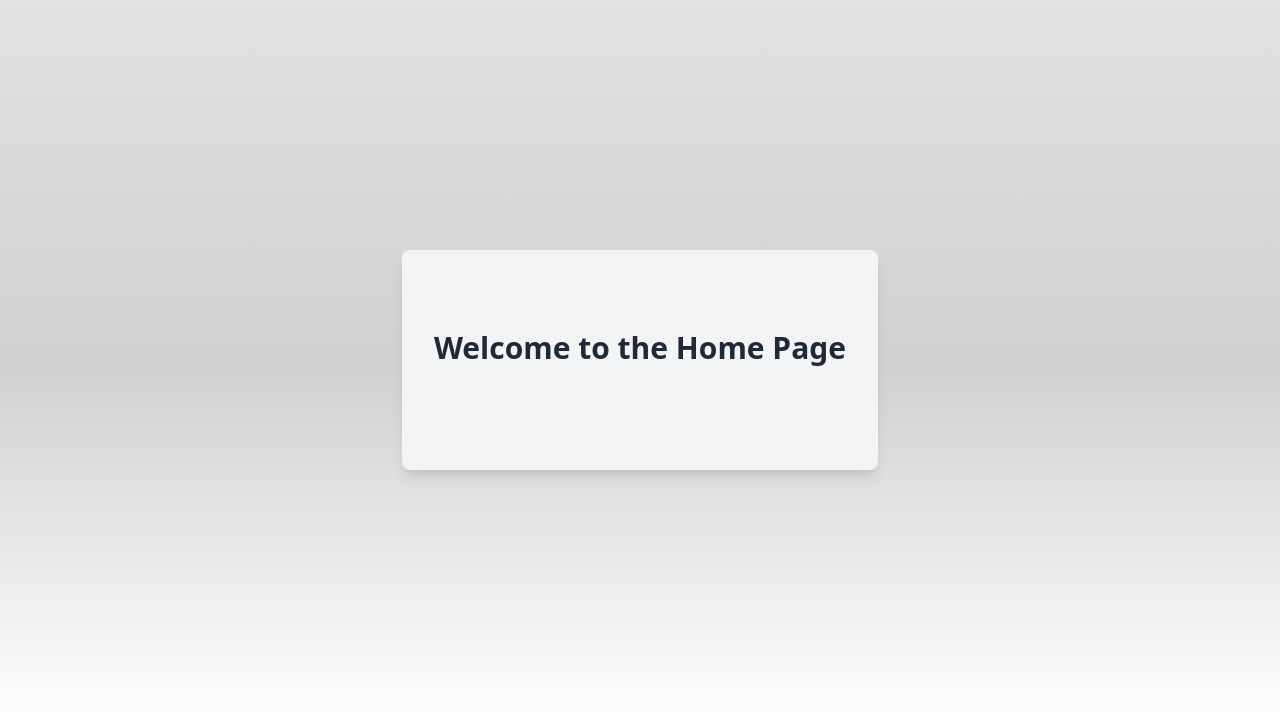
Repository: shaafsalman/product-Management-MERN
Page: /home (app in frontend/)
The author's editor kept a copy of each file at every save. The page is drawn from the files as they stood at one save, then again after the next save.
The browser window is 1280 px wide. The pictures show the whole page.
The page's requests for data from a server got no answer. The project was rebuilt for these pictures with package versions that can differ from the ones it lists, and the page was loaded fresh each time. No one was signed in, and anything a server would have sent is missing. Also part of the build but not shown: frontend/vite.config.js, frontend/src/Cards/mesgCard.jsx, frontend/src/Pages/Login.jsx, frontend/src/Pages/SighnUp.jsx, frontend/src/Pages/NoPage.jsx.

Above is the page before, as saved 2024-05-14 01:07:12.

After the next save:
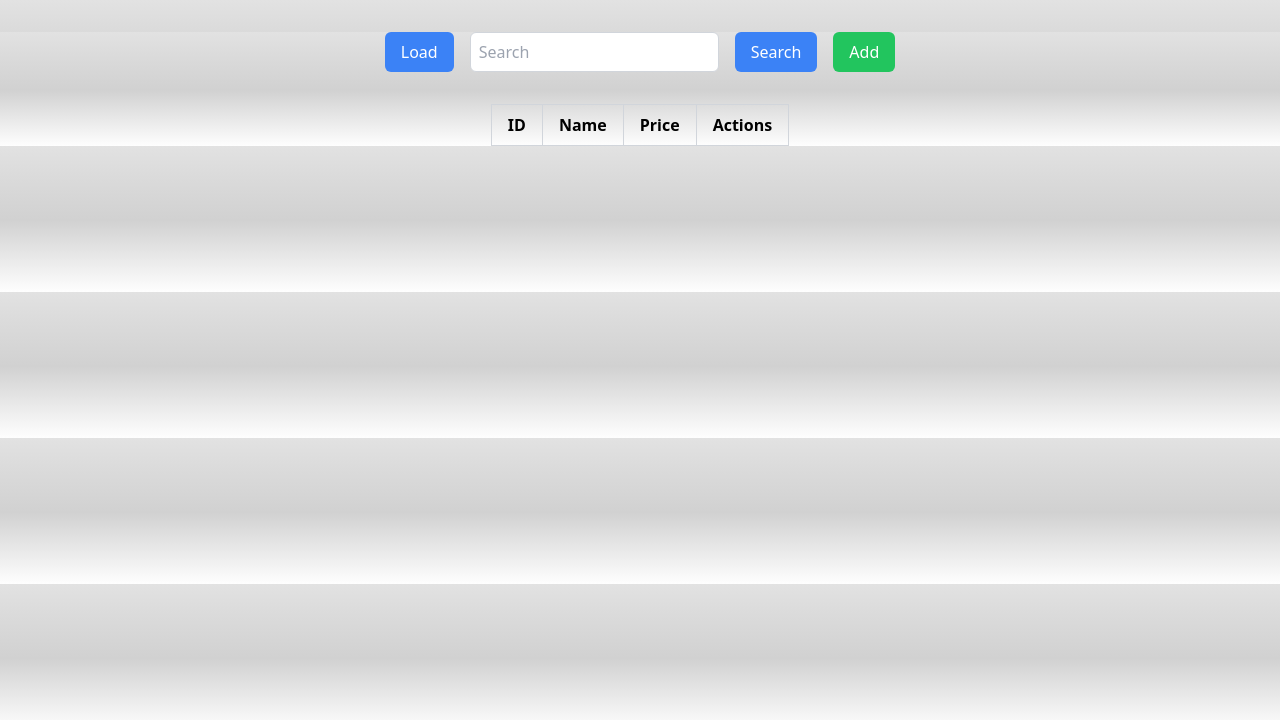
Saved 10 min 14 s later.
--- a/frontend/src/Pages/Home.jsx
+++ b/frontend/src/Pages/Home.jsx
@@ -1,15 +1,107 @@
-import React from 'react';
+import React, { useState, useEffect } from 'react';
+import axios from 'axios';
 
 const Home = () => {
+  const [products, setProducts] = useState([]);
+  const [searchTerm, setSearchTerm] = useState('');
+  const [showAddForm, setShowAddForm] = useState(false);
+  const [newProductName, setNewProductName] = useState('');
+  const [newProductPrice, setNewProductPrice] = useState('');
+
+  useEffect(() => {
+    // Fetch all products from the backend on component mount
+    fetchProducts();
+  }, []);
+
+  const fetchProducts = async () => {
+    try {
+      const response = await axios.get('/products'); // Assuming backend API is hosted at the same URL
+      setProducts(response.data);
+    } catch (error) {
+      console.error('Error fetching products:', error);
+    }
+  };
+
+  const handleSearch = async () => {
+    try {
+      const response = await axios.get(`/products?search=${searchTerm}`);
+      setProducts(response.data);
+    } catch (error) {
+      console.error('Error searching products:', error);
+    }
+  };
+
+  const handleAddProduct = async () => {
+    try {
+      const response = await axios.post('/products', { name: newProductName, price: newProductPrice });
+      setProducts([...products, response.data]);
+      setNewProductName('');
+      setNewProductPrice('');
+      setShowAddForm(false);
+    } catch (error) {
+      console.error('Error adding product:', error);
+    }
+  };
+
+  const handleUpdateProduct = async (id, updatedName, updatedPrice) => {
+    try {
+      await axios.put(`/products/${id}`, { name: updatedName, price: updatedPrice });
+      fetchProducts(); // Refresh products after update
+    } catch (error) {
+      console.error('Error updating product:', error);
+    }
+  };
+
+  const handleDeleteProduct = async (id) => {
+    try {
+      await axios.delete(`/products/${id}`);
+      fetchProducts(); // Refresh products after deletion
+    } catch (error) {
+      console.error('Error deleting product:', error);
+    }
+  };
+
   return (
-    <div className="flex justify-center items-center h-screen">
-      <div className="max-w-lg rounded-lg overflow-hidden shadow-lg bg-gray-100">
-        <div className="lg:px-8 lg:py-20 px-6 py-12">
-          <h2 className="text-3xl font-semibold text-gray-800 mb-6">Welcome to the Home Page</h2>
-          <p className="text-lg text-gray-700">
-
-          </p>
-        </div>
+    <div className="flex flex-col items-center mt-8">
+      <div className="flex space-x-4">
+        <button onClick={fetchProducts} className="bg-blue-500 text-white px-4 py-2 rounded-md">Load</button>
+        <input type="text" placeholder="Search" value={searchTerm} onChange={(e) => setSearchTerm(e.target.value)} className="border border-gray-300 rounded-md px-2 py-1" />
+        <button onClick={handleSearch} className="bg-blue-500 text-white px-4 py-2 rounded-md">Search</button>
+        <button onClick={() => setShowAddForm(true)} className="bg-green-500 text-white px-4 py-2 rounded-md">Add</button>
+      </div>
+      <div className="mt-4">
+        {showAddForm && (
+          <div className="flex space-x-2">
+            <input type="text" placeholder="Product Name" value={newProductName} onChange={(e) => setNewProductName(e.target.value)} className="border border-gray-300 rounded-md px-2 py-1" />
+            <input type="number" placeholder="Price" value={newProductPrice} onChange={(e) => setNewProductPrice(e.target.value)} className="border border-gray-300 rounded-md px-2 py-1" />
+            <button onClick={handleAddProduct} className="bg-green-500 text-white px-4 py-2 rounded-md">Save</button>
+          </div>
+        )}
+      </div>
+      <div className="mt-4">
+        <table className="border border-gray-300">
+          <thead>
+            <tr>
+              <th className="border border-gray-300 px-4 py-2">ID</th>
+              <th className="border border-gray-300 px-4 py-2">Name</th>
+              <th className="border border-gray-300 px-4 py-2">Price</th>
+              <th className="border border-gray-300 px-4 py-2">Actions</th>
+            </tr>
+          </thead>
+          <tbody>
+            {products.map((product) => (
+              <tr key={product.id}>
+                <td className="border border-gray-300 px-4 py-2">{product.id}</td>
+                <td className="border border-gray-300 px-4 py-2">{product.name}</td>
+                <td className="border border-gray-300 px-4 py-2">{product.price}</td>
+                <td className="border border-gray-300 px-4 py-2">
+                  <button className="bg-blue-500 text-white px-2 py-1 rounded-md mr-2">Edit</button>
+                  <button onClick={() => handleDeleteProduct(product.id)} className="bg-red-500 text-white px-2 py-1 rounded-md">Delete</button>
+                </td>
+              </tr>
+            ))}
+          </tbody>
+        </table>
       </div>
     </div>
   );
